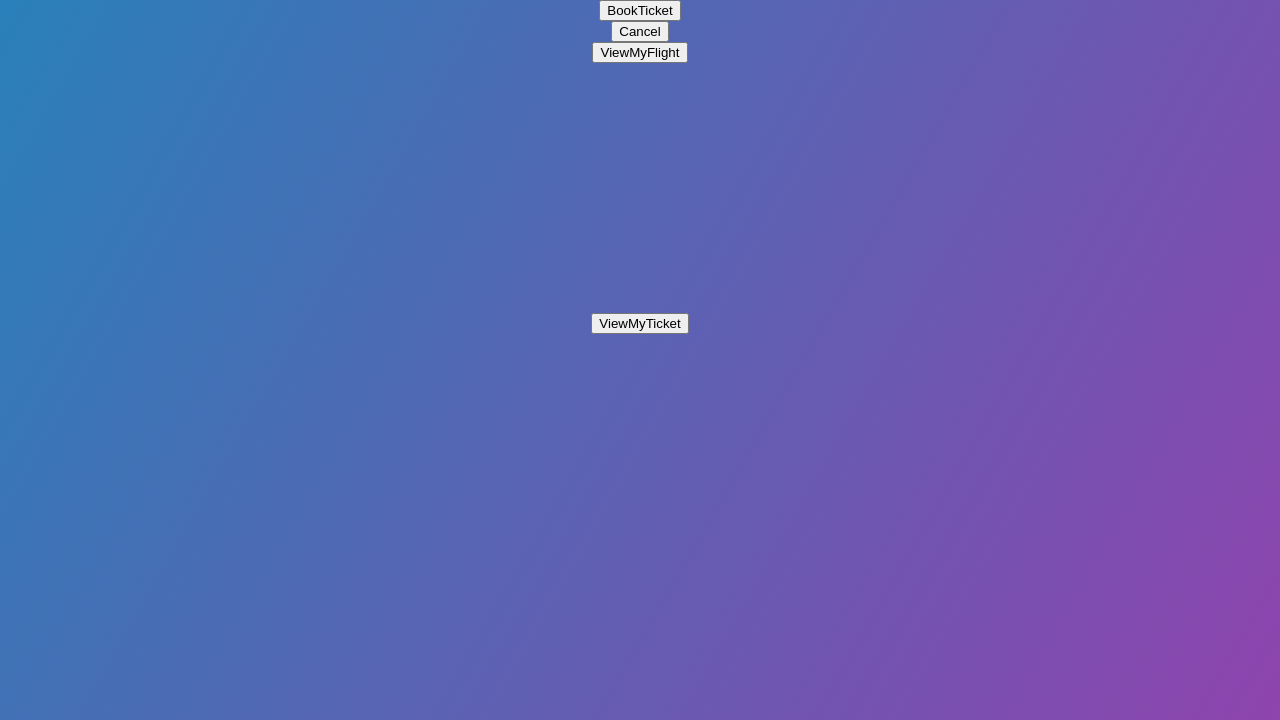
Repository: kalpesh3070/backend2
Page: flyaway/src/main/webapp/main.html
An editor plug-in stored every save of this project. The page is shown before and after the next save, followed by the edit.
The browser window is 1280 px wide. The pictures show the whole page.

Above is the page before, as saved 2022-11-14 16:13:07.

### flyaway/src/main/webapp/main.html
<!DOCTYPE html>
<html>
<head>
<meta charset="ISO-8859-1">
<link rel="stylesheet" href="main.css">
<title>HOME</title>
</head>
<center>
<div class="body">
<body>
<div class="book">
<a href="http://localhost:8080/flyaway/Ticket_booking.html"><button>BookTicket</button></a>
</div>
<div class="cancel">
<a href="http://localhost:8080/flyaway/Delet.html"><button>Cancel</button></a>
</div>
<div class="view">
<a href="http://localhost:8080/flyaway/Home.html"> <button>ViewMyFlight</button></a>
</div>
<div class="ticket">
<a href="http://localhost:8080/flyaway/My_Ticket.html"><button>ViewMyTicket</button></a>
</div>
</div>
</center>
</body>
</html>

### flyaway/src/main/webapp/main.css
@charset "ISO-8859-1";
body{
margin: 0;
padding: 0;
font-family: montserrat;
background: linear-gradient(120deg,#2980b9,#8e44ad);
height: 100vh;
overflow:hidden;
}

.ticket{
	width : 100%;
	margin:250px auto;
	size: 500px;
}
view{
	width : 100%;
	margin:2em auto;
	size: 500px;
}

After the next save:
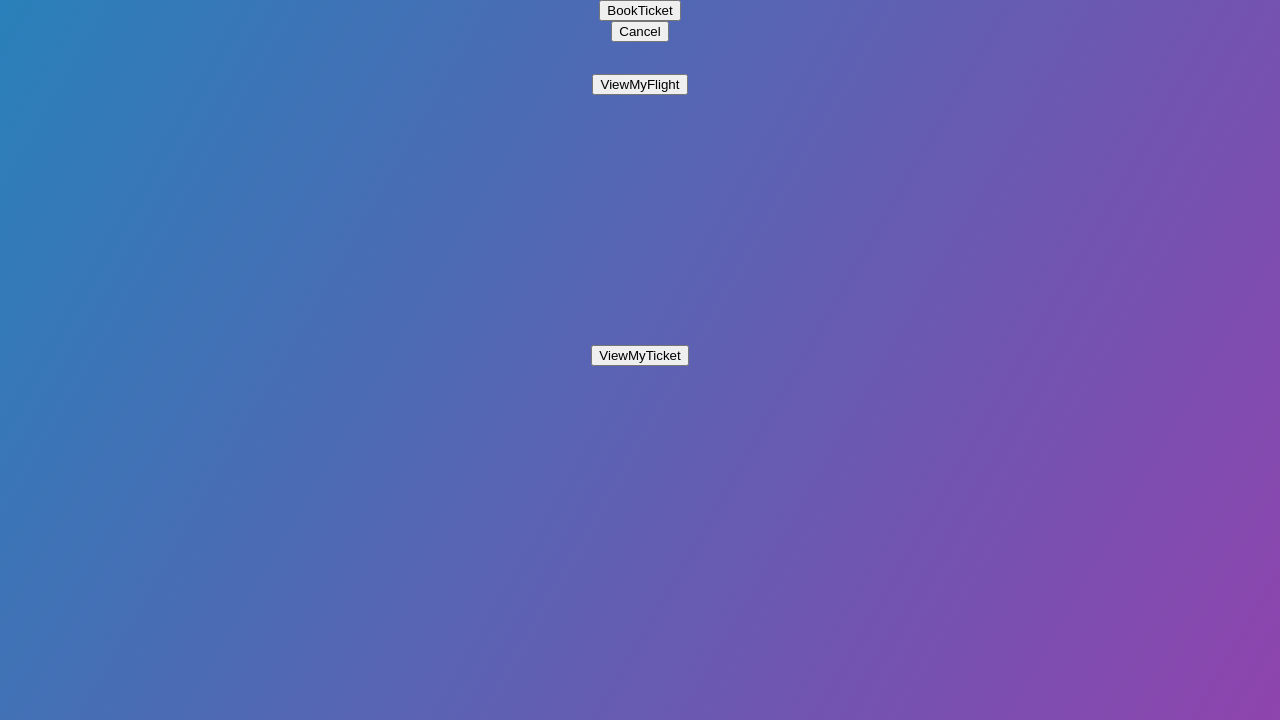
Saved 19 s later.
--- a/flyaway/src/main/webapp/main.css
+++ b/flyaway/src/main/webapp/main.css
@@ -13,7 +13,7 @@ overflow:hidden;
 	margin:250px auto;
 	size: 500px;
 }
-view{
+.view{
 	width : 100%;
 	margin:2em auto;
 	size: 500px;
